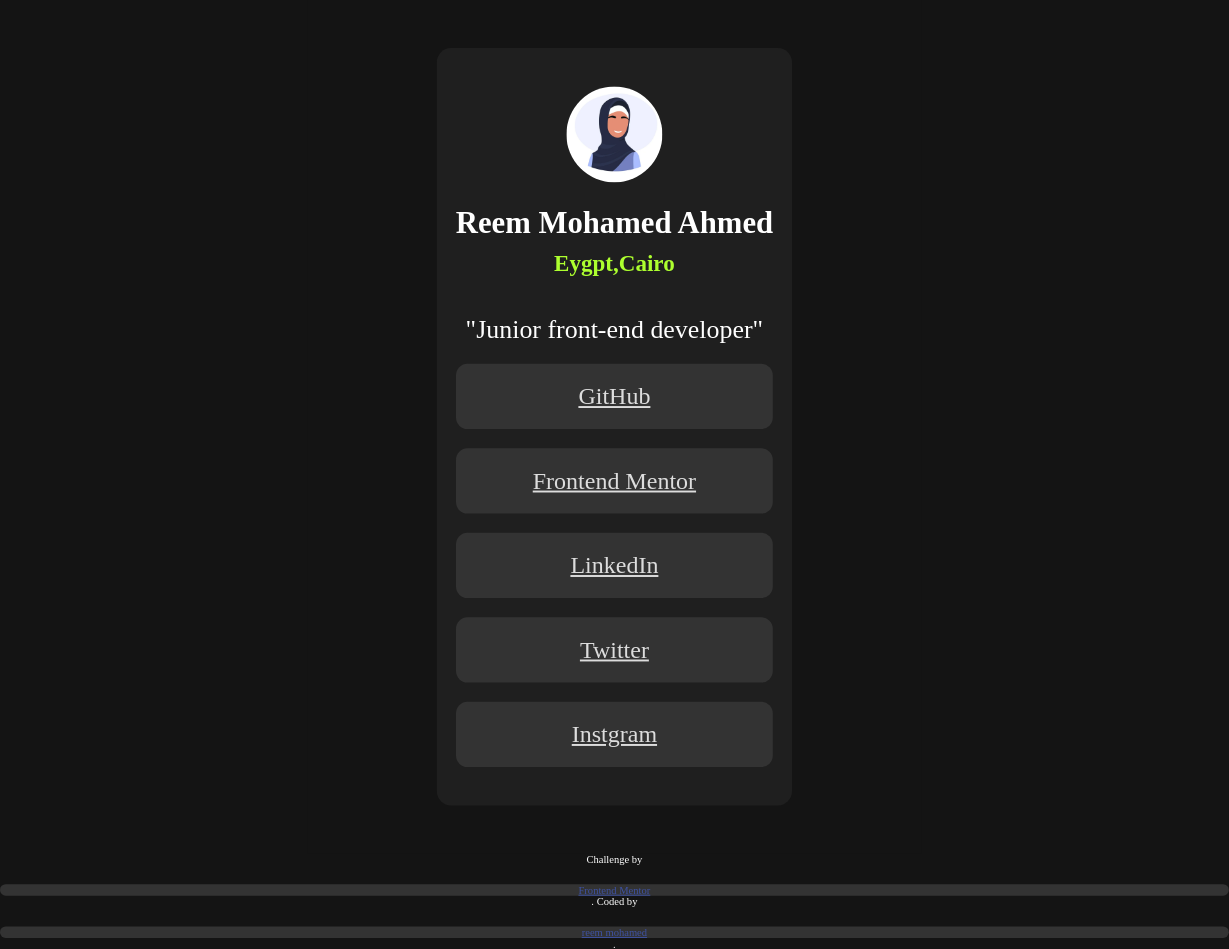
Repository: reemoon-ctrl/social_links_profile_main
Page: index.html
The author's editor kept a copy of each file at every save. The page is drawn from the files as they stood at one save, then again after the next save.
The browser window is 1280 px wide. The pictures show the whole page, at 96% of full size.

Above is the page before, as saved 2024-07-23 11:09:11.

After the next save:
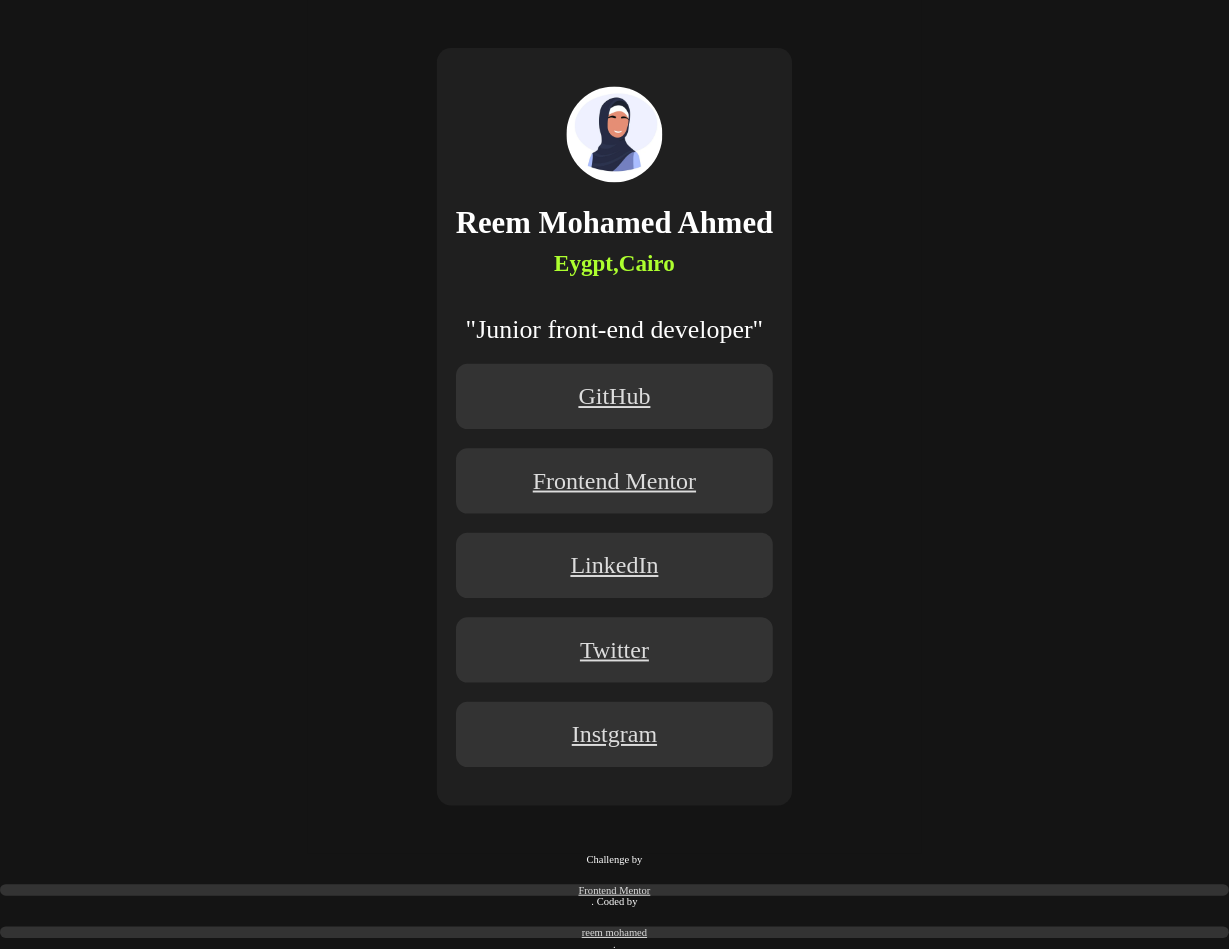
Saved 13 s later.
--- a/index.html
+++ b/index.html
@@ -11,7 +11,7 @@
   <!-- Feel free to remove these styles or customise in your own stylesheet 👍 -->
   <style>
     .attribution { font-size: 11px; text-align: center; }
-    .attribution a { color: hsl(228, 45%, 44%); }
+
   </style>
   <link rel="stylesheet" href="index.css"/>
 </head>

After the save that followed:
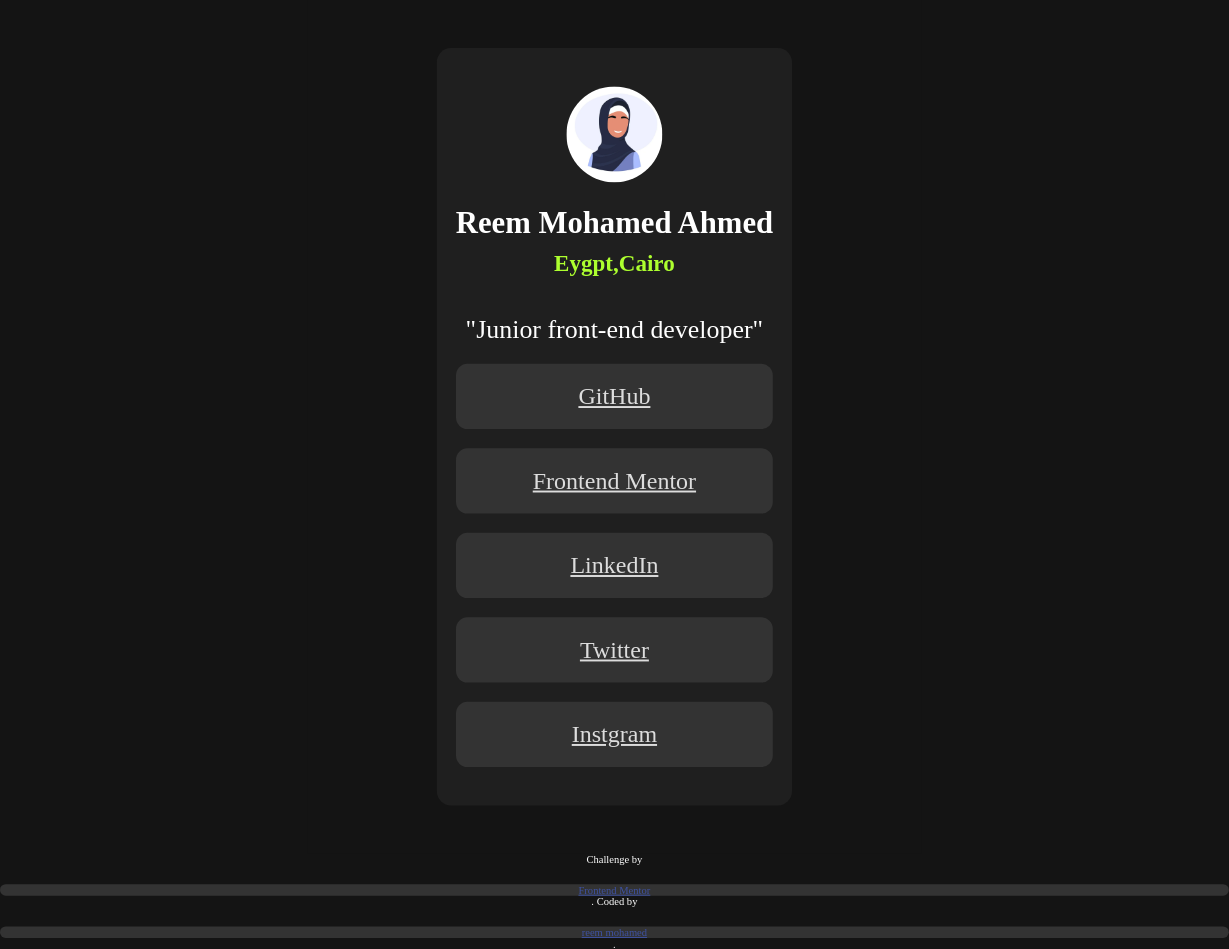
Saved 5 s later.
--- a/index.css
+++ b/index.css
@@ -78,3 +78,4 @@ a:hover{
     text-align: center;
 
 }
+.attribution a { color: hsl(228, 45%, 44%); }
